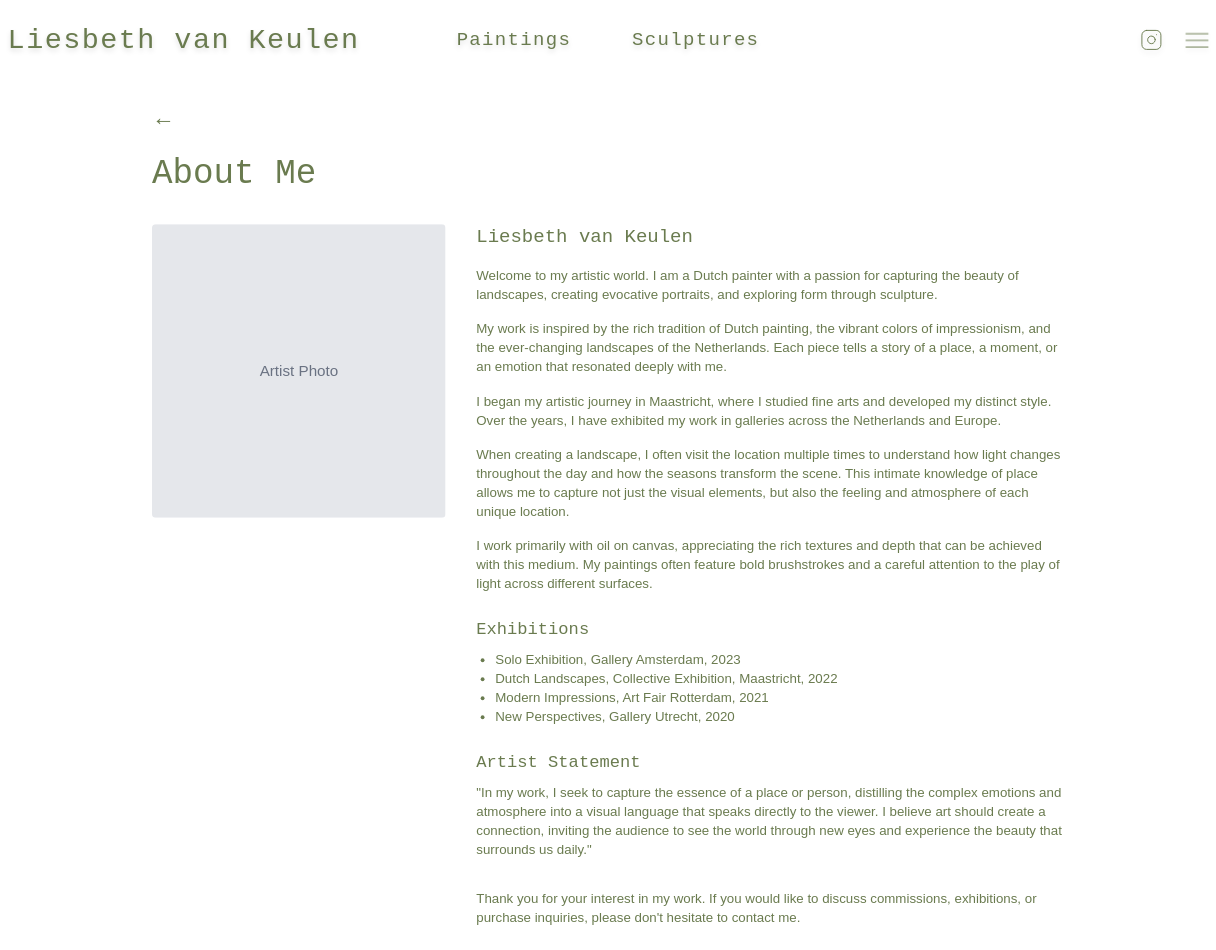
Repository: AafVos/liesbethvankeulen
Page: /about
The author's editor kept a copy of each file at every save. The page is drawn from the files as they stood at one save, then again after the next save.
The browser window is 1280 px wide. The pictures show the whole page, at 95% of full size.
The project was rebuilt for these pictures with package versions that can differ from the ones it lists, and the page was loaded fresh each time. The framework's server and built-in components were replaced by stand-ins that run in the browser. Also part of the build but not shown: next.config.mjs.

Above is the page before, as saved 2025-04-28 16:59:01.

After the next save:
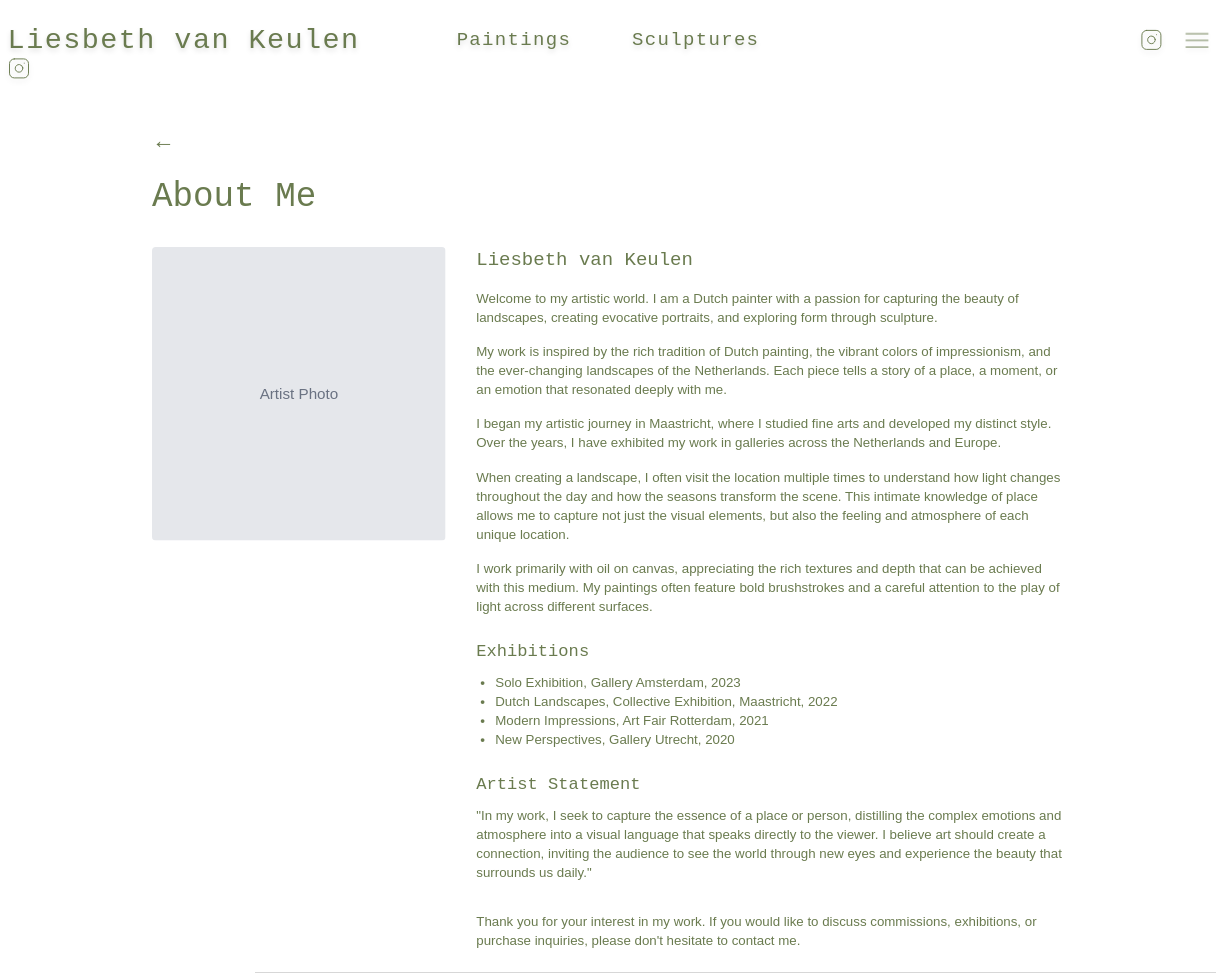
Saved 26 s later.
--- a/src/app/components/Header.js
+++ b/src/app/components/Header.js
@@ -242,6 +242,31 @@
           </nav>
         </div>
       </div>
+      {/* Instagram logo always visible, fixed top right, above overlay */}
+      <a
+        href="https://www.instagram.com/portretliesbeth/"
+        target="_blank"
+        rel="noopener noreferrer"
+        className="fixed top-6 right-4 z-50 flex items-center hover:opacity-80 transition-colors duration-300 md:static md:top-auto md:right-auto md:ml-auto md:mr-0.5"
+        style={{ pointerEvents: 'auto' }}
+      >
+        <svg
+          xmlns="http://www.w3.org/2000/svg"
+          width="24"
+          height="24"
+          viewBox="0 0 24 24"
+          fill="none"
+          stroke={theme.text}
+          strokeWidth="1"
+          strokeLinecap="round"
+          strokeLinejoin="round"
+          className="drop-shadow-md"
+        >
+          <rect x="2" y="2" width="20" height="20" rx="5" ry="5"></rect>
+          <path d="M16 11.37A4 4 0 1 1 12.63 8 4 4 0 0 1 16 11.37z"></path>
+          <line x1="17.5" y1="6.5" x2="17.51" y2="6.5"></line>
+        </svg>
+      </a>
     </header>
   );
 };

After the save that followed:
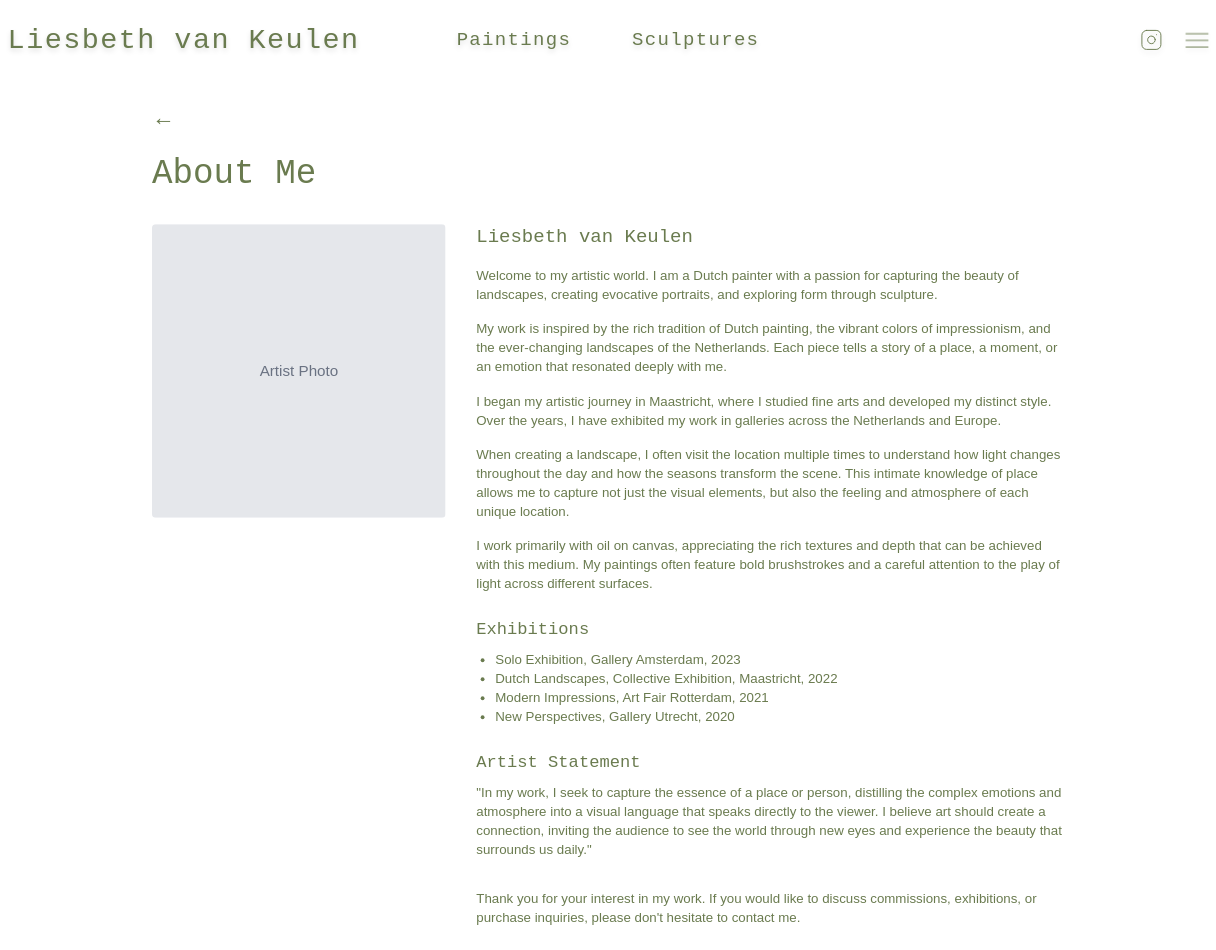
Saved 53 s later.
--- a/src/app/components/Header.js
+++ b/src/app/components/Header.js
@@ -242,31 +242,6 @@
           </nav>
         </div>
       </div>
-      {/* Instagram logo always visible, fixed top right, above overlay */}
-      <a
-        href="https://www.instagram.com/portretliesbeth/"
-        target="_blank"
-        rel="noopener noreferrer"
-        className="fixed top-6 right-4 z-50 flex items-center hover:opacity-80 transition-colors duration-300 md:static md:top-auto md:right-auto md:ml-auto md:mr-0.5"
-        style={{ pointerEvents: 'auto' }}
-      >
-        <svg
-          xmlns="http://www.w3.org/2000/svg"
-          width="24"
-          height="24"
-          viewBox="0 0 24 24"
-          fill="none"
-          stroke={theme.text}
-          strokeWidth="1"
-          strokeLinecap="round"
-          strokeLinejoin="round"
-          className="drop-shadow-md"
-        >
-          <rect x="2" y="2" width="20" height="20" rx="5" ry="5"></rect>
-          <path d="M16 11.37A4 4 0 1 1 12.63 8 4 4 0 0 1 16 11.37z"></path>
-          <line x1="17.5" y1="6.5" x2="17.51" y2="6.5"></line>
-        </svg>
-      </a>
     </header>
   );
 };
